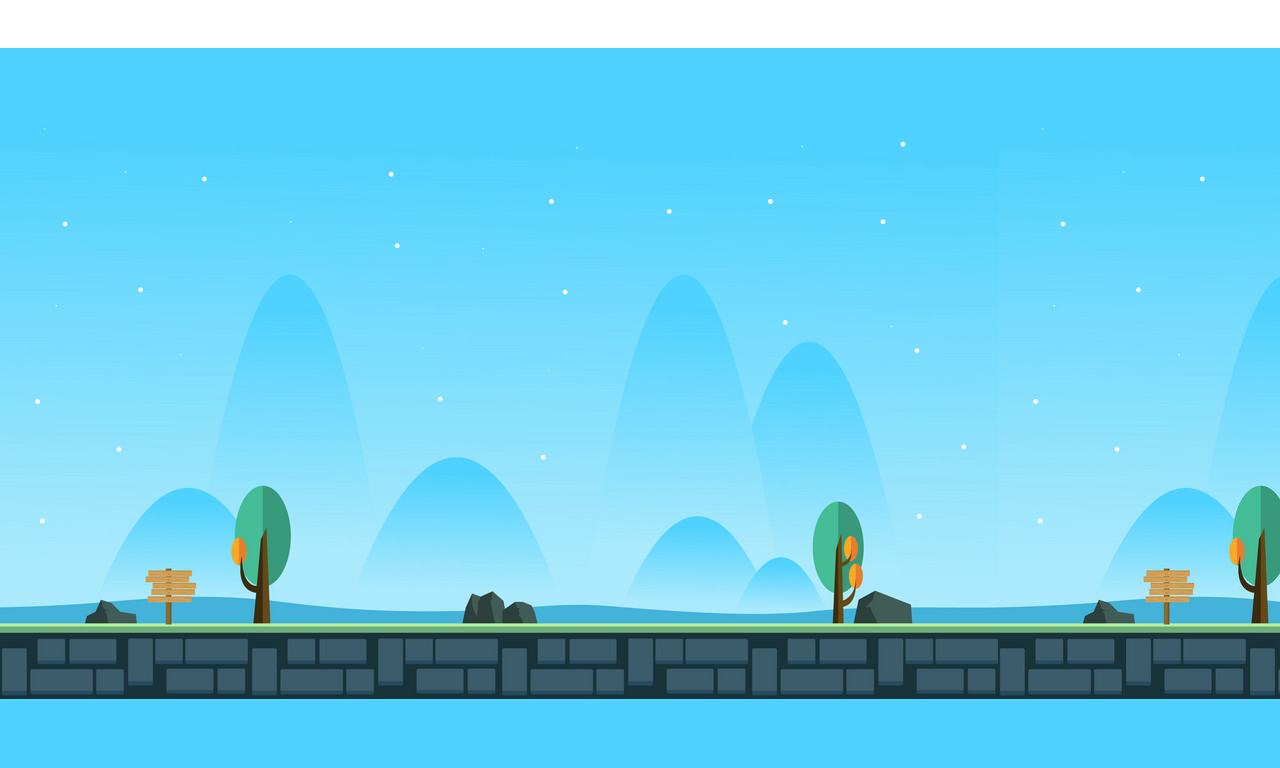
Repository: dovanthao2404/game-xuc-sac
Page: /
The author's editor kept a copy of each file at every save. The page is drawn from the files as they stood at one save, then again after the next save.
The browser window is 1280 px wide. The pictures show the whole page.
The project was rebuilt for these pictures with package versions that can differ from the ones it lists, and the page was loaded fresh each time.

Above is the page before, as saved 2021-09-11 12:59:49.

### public/index.html
<!DOCTYPE html>
<html lang="en">

<head>
  <meta charset="utf-8" />
  <link rel="icon" href="%PUBLIC_URL%/favicon.ico" />
  <meta name="viewport" content="width=device-width, initial-scale=1" />
  <meta name="theme-color" content="#000000" />
  <meta name="description" content="Web site created using create-react-app" />
  <link rel="apple-touch-icon" href="%PUBLIC_URL%/logo192.png" />
  <link rel="manifest" href="%PUBLIC_URL%/manifest.json" />
  <title>React App</title>
  <link rel="stylesheet" href="https://cdn.jsdelivr.net/npm/bootstrap@4.6.0/dist/css/bootstrap.min.css"
    integrity="sha384-B0vP5xmATw1+K9KRQjQERJvTumQW0nPEzvF6L/Z6nronJ3oUOFUFpCjEUQouq2+l" crossorigin="anonymous">
  <link rel="stylesheet" href="%PUBLIC_URL%/css/style.css">
</head>

<body>
  <noscript>You need to enable JavaScript to run this app.</noscript>
  <div id="root"></div>
</body>

</html>

### src/index.css
body {
  margin: 0;
  padding: 0;
  box-sizing: border-box;
  font-family: -apple-system, BlinkMacSystemFont, 'Segoe UI', 'Roboto', 'Oxygen',
    'Ubuntu', 'Cantarell', 'Fira Sans', 'Droid Sans', 'Helvetica Neue',
    sans-serif;
  -webkit-font-smoothing: antialiased;
  -moz-osx-font-smoothing: grayscale;
}

code {
  font-family: source-code-pro, Menlo, Monaco, Consolas, 'Courier New',
    monospace;
}

### src/App.js


function App() {
  return (
    <div className="main">
      <div className="container mt-5">

      </div>
    </div>
  );
}

export default App;

### public/css/style.css
.main {
  background-image: url(./../images/bgGame.png);
  height: 100vh;
  width: 100vw;
}

Loaded but not shown: src/index.js (common file); src/reportWebVitals.js (common file)

After the next save:
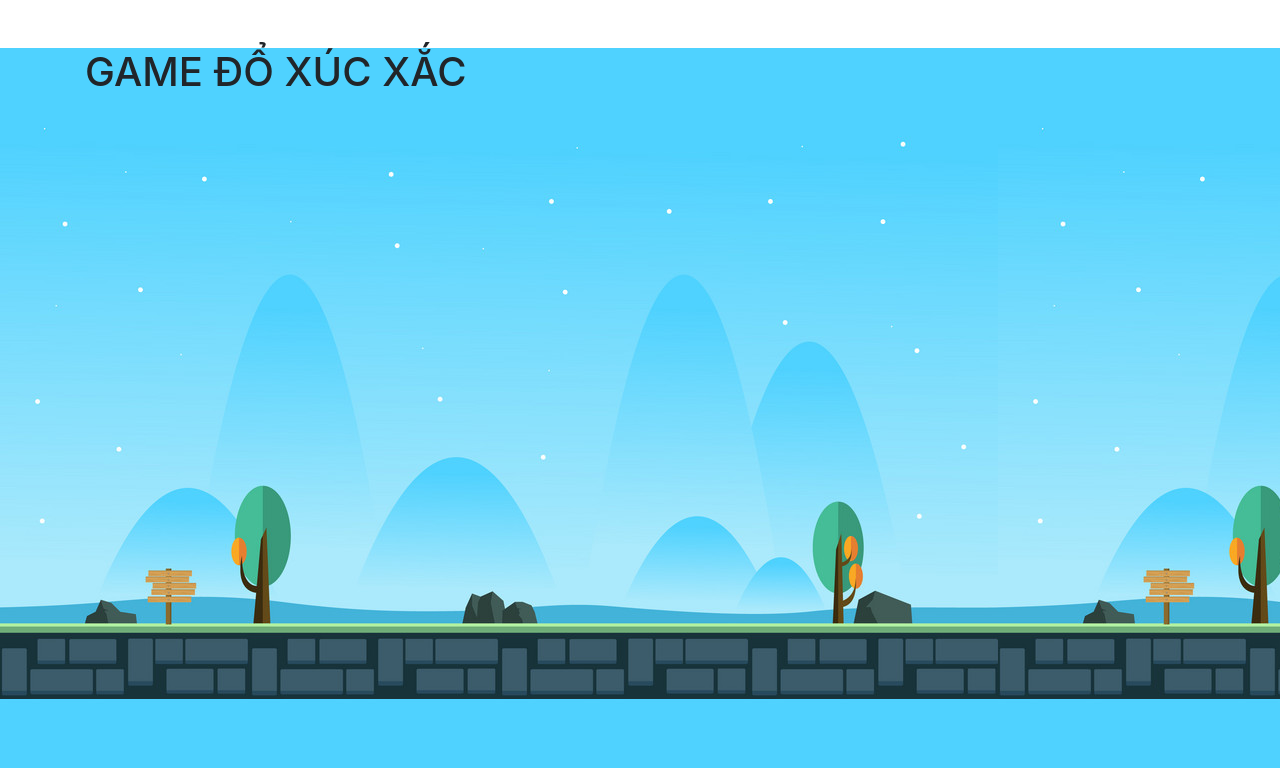
Saved 29 s later.
--- a/src/App.js
+++ b/src/App.js
@@ -4,7 +4,7 @@ function App() {
   return (
     <div className="main">
       <div className="container mt-5">
-
+        <h1>GAME ĐỔ XÚC XẮC</h1>
       </div>
     </div>
   );
